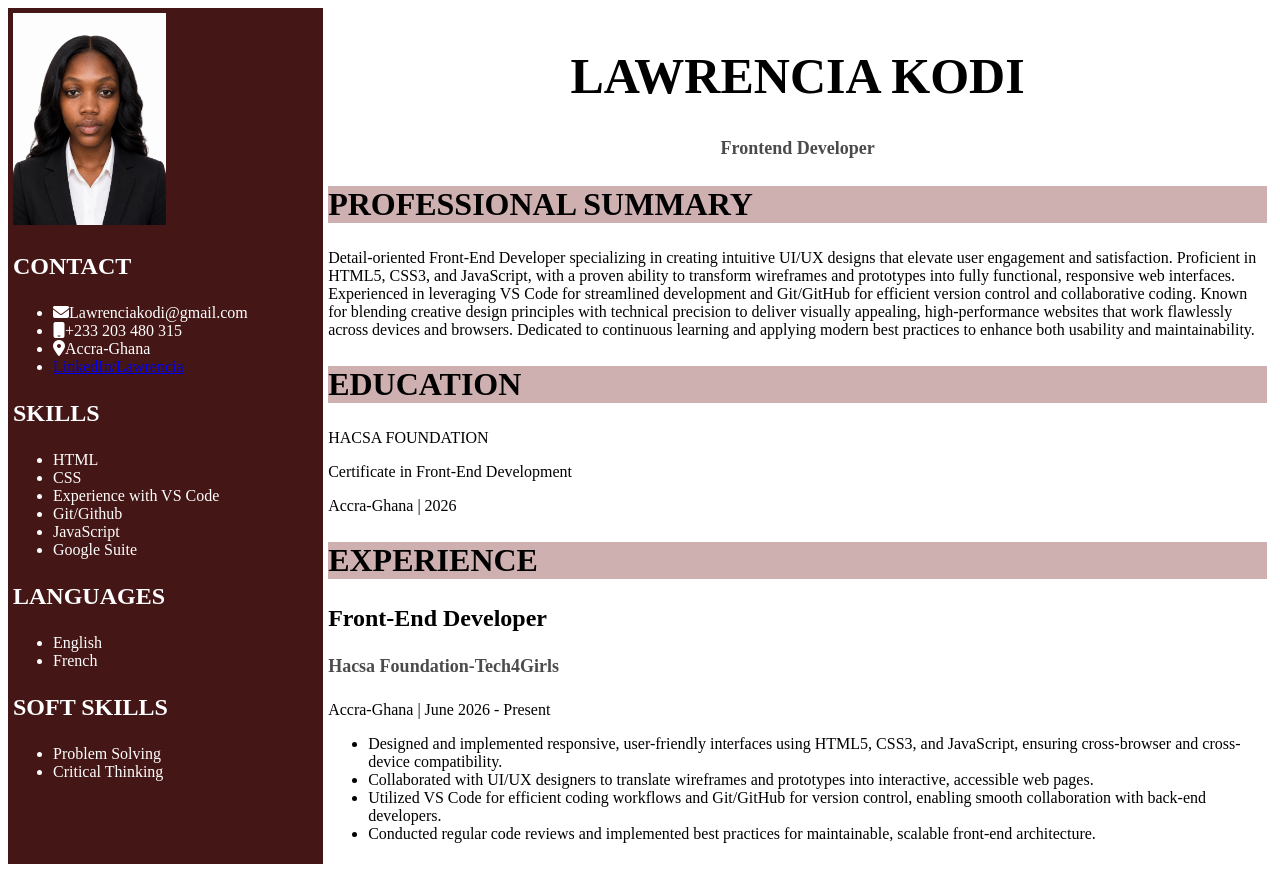
Repository: lawrencia-coder/T4G_CV
Page: index.html
The author's editor kept a copy of each file at every save. The page is drawn from the files as they stood at one save, then again after a run of saves.
The browser window is 1280 px wide. The pictures show the whole page.
Some icons come from a web library that is not loaded, so they are not drawn. Some web libraries are served in a nearby version.

Above is the page before, as saved 2026-07-15 08:06:24.

After the next 4 saves:
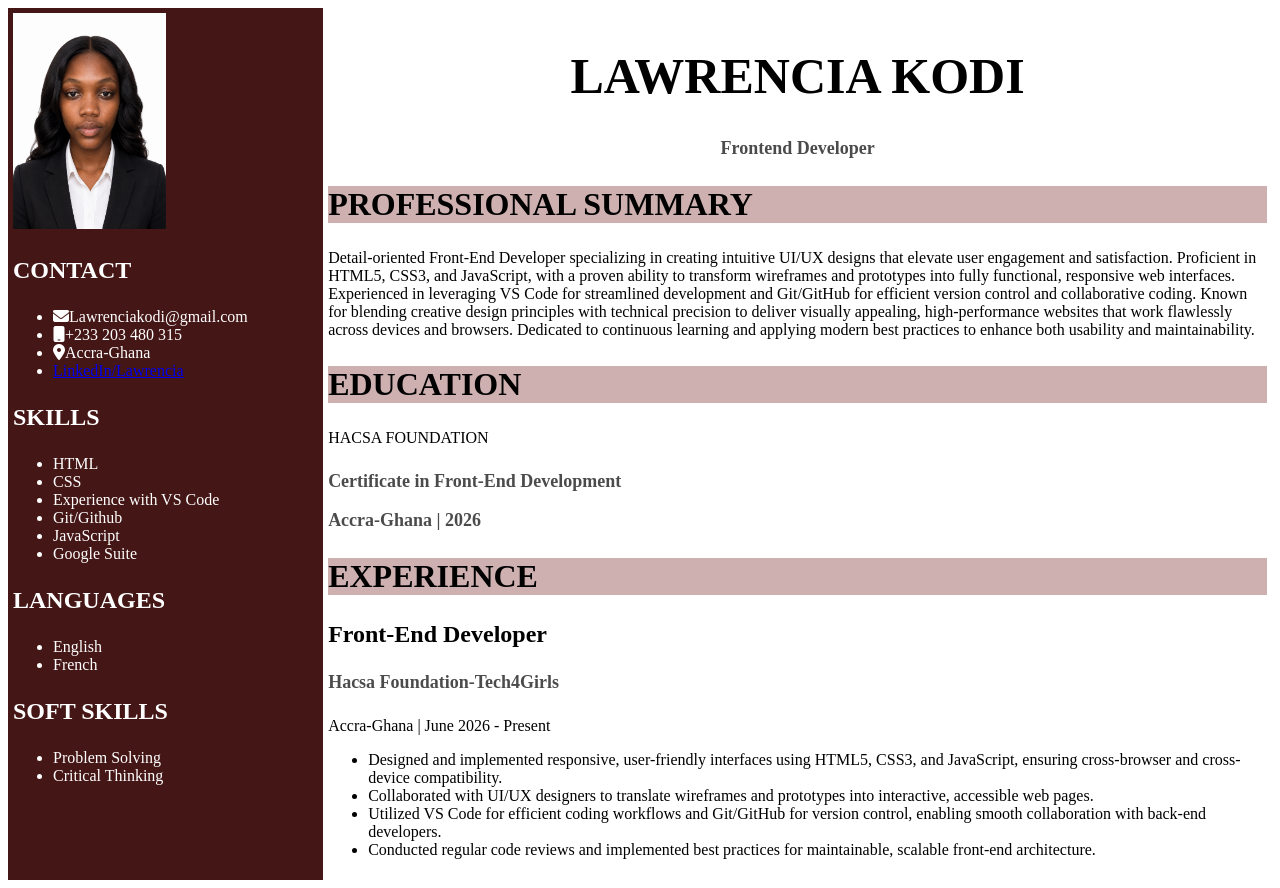
The 4 saves are shown as one change because they came seconds apart.
The last was saved 54 s later.
--- a/index.html
+++ b/index.html
@@ -63,7 +63,7 @@
 
                 <h2>EDUCATION</h2>
                 <p>HACSA FOUNDATION</p>
-                <p>Certificate in Front-End Development</p>
+                <h4>Certificate in Front-End Development</p>
                 <p>Accra-Ghana   |   2026</p>
 
                 <h2>EXPERIENCE</h2>
